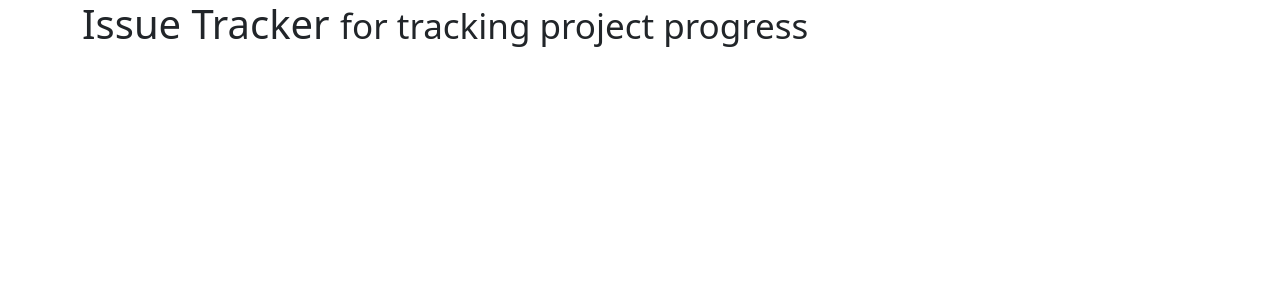
Repository: dvynchi/issue-tracker
Page: index.html
These files come from the project's save history. The page is drawn as it stood at one moment and after the next save; the edit follows.
The browser window is 1280 px wide. The pictures show the whole page.

Above is the page before, as saved 2022-08-19 11:41:14.

### index.html
<!DOCTYPE html>
<html lang="en">
<head>
    <meta charset="UTF-8">
    <!-- <meta http-equiv="X-UA-Compatible" content="IE=edge">
    <meta name="viewport" content="width=device-width, initial-scale=1.0"> -->
    <title>Issue Tracker</title>
    <link href="https://cdn.jsdelivr.net/npm/bootstrap@5.2.0/dist/css/bootstrap.min.css" rel="stylesheet" integrity="sha384-gH2yIJqKdNHPEq0n4Mqa/HGKIhSkIHeL5AyhkYV8i59U5AR6csBvApHHNl/vI1Bx" crossorigin="anonymous">


</head>
<body>

    <div class="container">
        <h1>Issue Tracker <small>for tracking project progress</small></h1>
        <!-- Input form -->


    </div>









    <script src="main.js"></script>
    <!-- DEPENDENCIES -->
    <!-- Include chance library to generate unique id -->
    <script src="https://chancejs.com/chance.min.js"></script>
    <script src="https://cdn.jsdelivr.net/npm/bootstrap@5.2.0/dist/js/bootstrap.bundle.min.js" integrity="sha384-A3rJD856KowSb7dwlZdYEkO39Gagi7vIsF0jrRAoQmDKKtQBHUuLZ9AsSv4jD4Xa" crossorigin="anonymous"></script>
</body>
</html>

Loaded but not shown: main.js (no copy from this time; the picture is the same without it)

After the next save:
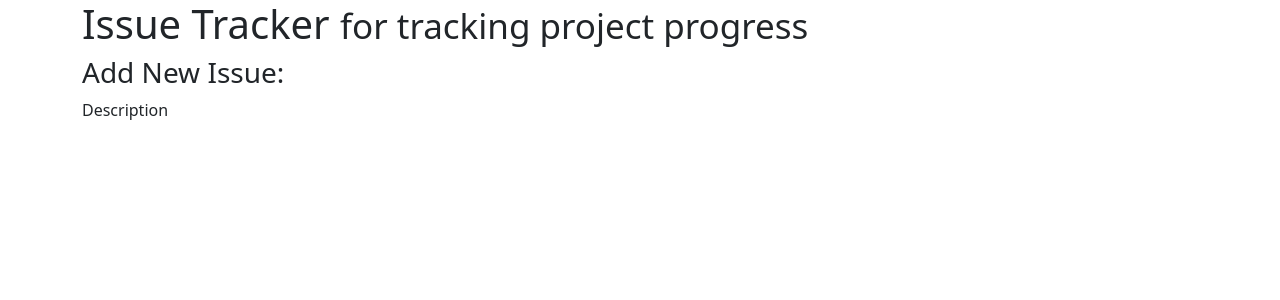
Saved 9 min 9 s later.
--- a/index.html
+++ b/index.html
@@ -14,6 +14,14 @@
     <div class="container">
         <h1>Issue Tracker <small>for tracking project progress</small></h1>
         <!-- Input form -->
+        <div class="jumbotron">
+            <h3>Add New Issue:</h3>
+            <form id="issueInputForm">
+                <div class="form-group">
+                    <label for="issueDescInput">Description</label>
+                </div>
+            </form>
+        </div>
 
 
     </div>
